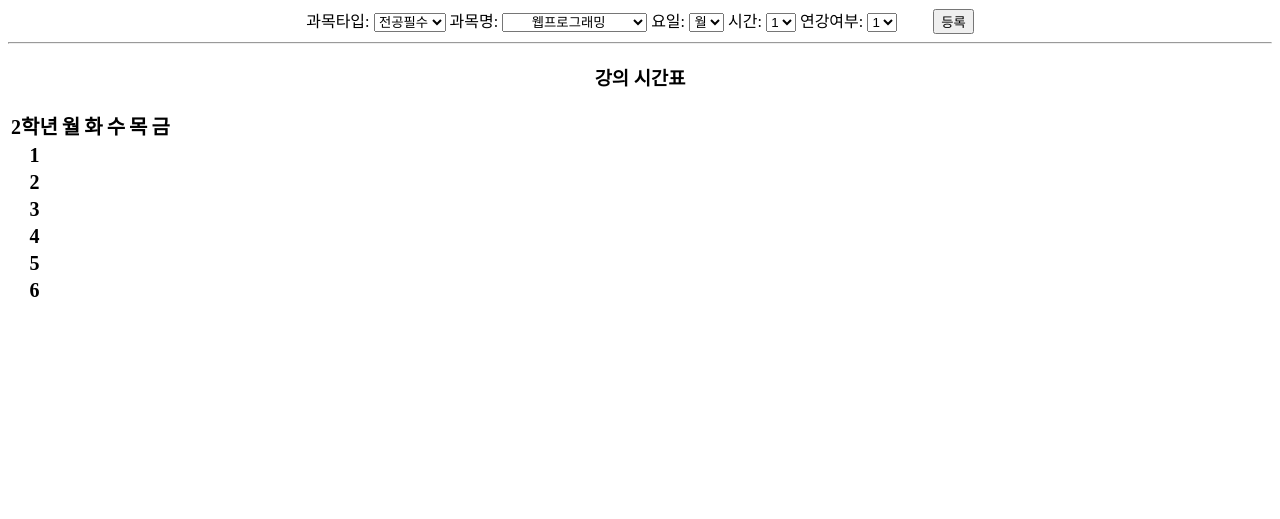
Repository: leecrossun/web-practice-javascript-2019
Page: http://localhost/First_half/Practice47/Practice47.jsp
These files come from the project's save history. The page is drawn as it stood at one moment and after the next save; the edit follows.
The browser window is 1280 px wide. The pictures show the whole page.
The page is served by Tomcat 9.

Above is the page before, as saved 2019-12-11 05:32:44.

After the next save:
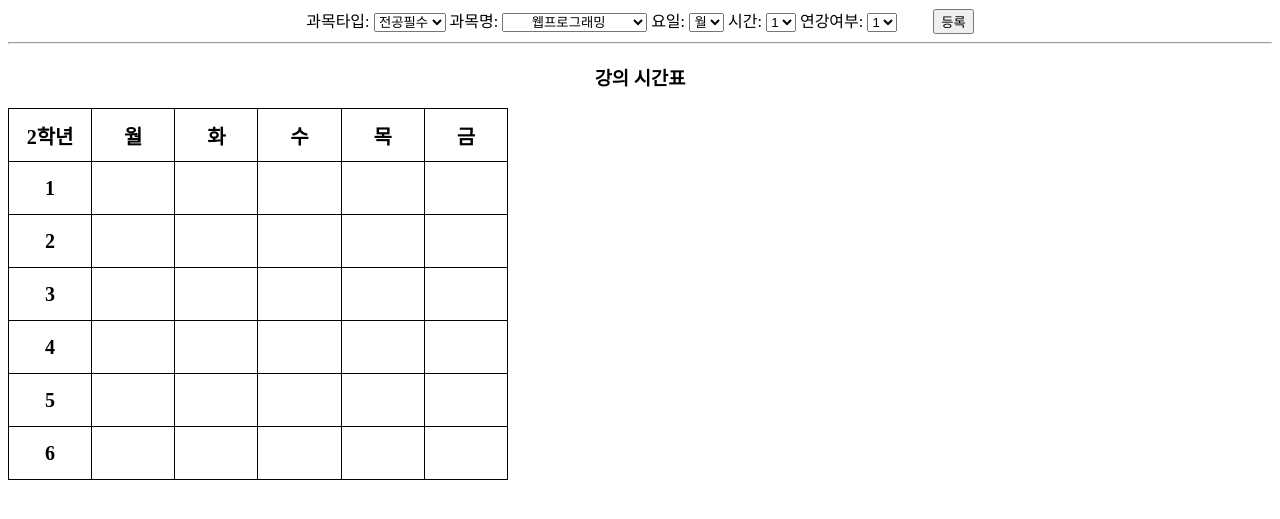
Saved 73 s later.
--- a/JSP/First_half/WebContent/Practice47/Practice47.jsp
+++ b/JSP/First_half/WebContent/Practice47/Practice47.jsp
@@ -17,6 +17,27 @@
 	* {
 		text-align: center;
 	}
+table{
+	border-collapse:collapse;
+	width:60%;
+	height:100px;
+	text-align:center;
+}
+table, td, th{
+	border:solid 1px;
+	width:500px;
+	height:50px;
+	font-size:13px;
+}
+#major {
+	background-color: #ffe082;
+}
+#major_select {
+	background-color: #b2ccff;
+}
+#refinement {
+	background-color: #bdbdbd;
+}
 </style>
 </head>
 <body>
